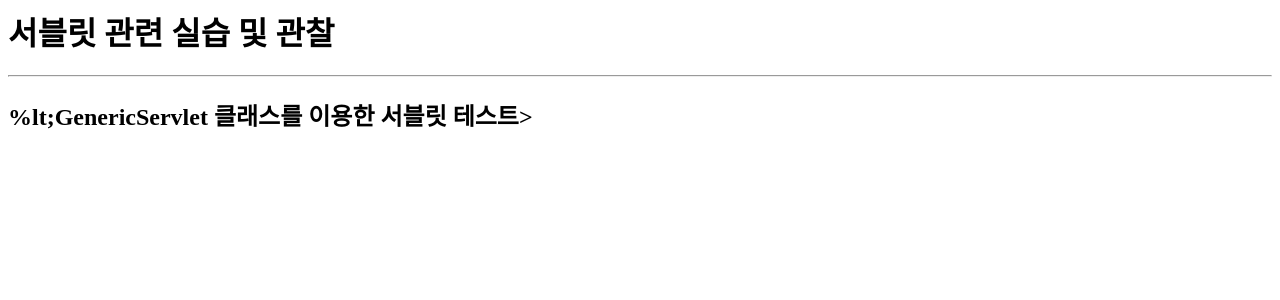
Repository: god5228god/Jsp
Page: http://localhost/WebApp04/test004
The author's editor kept a copy of each file at every save. The page is drawn from the files as they stood at one save, then again after the next save.
The browser window is 1280 px wide. The pictures show the whole page.
The page is served by Tomcat 9.

Above is the page before, as saved 2026-02-27 02:34:34.

After the next save:
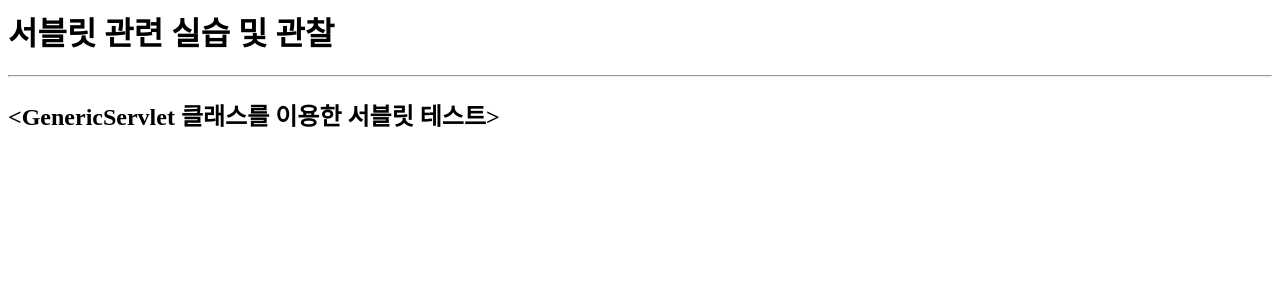
Saved 2 min 12 s later.
--- a/WebApp04/src/com/svt/Test004.java
+++ b/WebApp04/src/com/svt/Test004.java
@@ -62,7 +62,7 @@ public class Test004 extends GenericServlet
 			out.print("<div>");
 
 			out.print("<h2>");
-			out.print("%lt;GenericServlet 클래스를 이용한 서블릿 테스트&gt;");
+			out.print("&lt;GenericServlet 클래스를 이용한 서블릿 테스트&gt;");
 			out.print("</h2>");
 			out.print("</div>");
 
